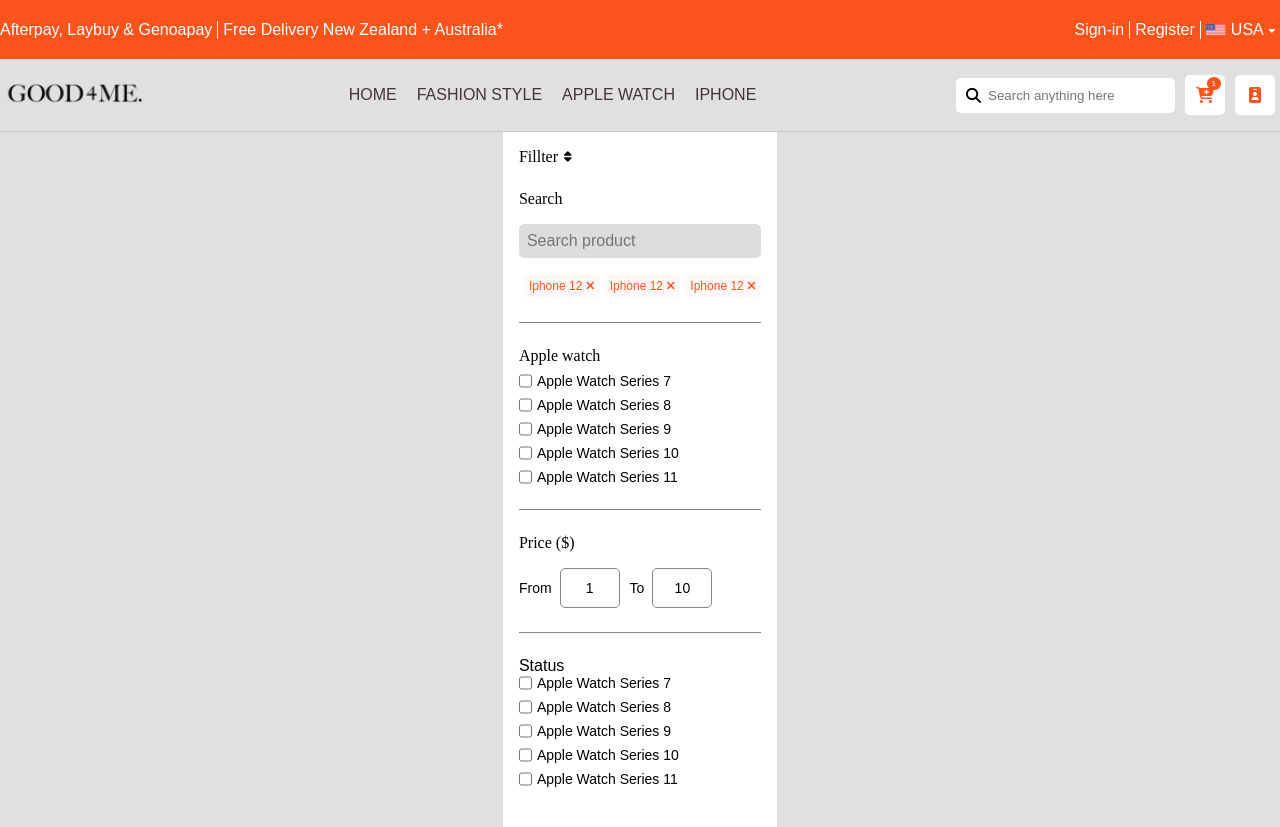
Repository: Ngoc28/Shoppe-web
Page: html/category.html
An editor plug-in stored every save of this project. The page is shown before and after the next save, followed by the edit.
The browser window is 1280 px wide. The pictures show the whole page.
Some web fonts or font styles are not loaded; a fallback is used.

Above is the page before, as saved 2023-08-08 14:39:12.

After the next save:
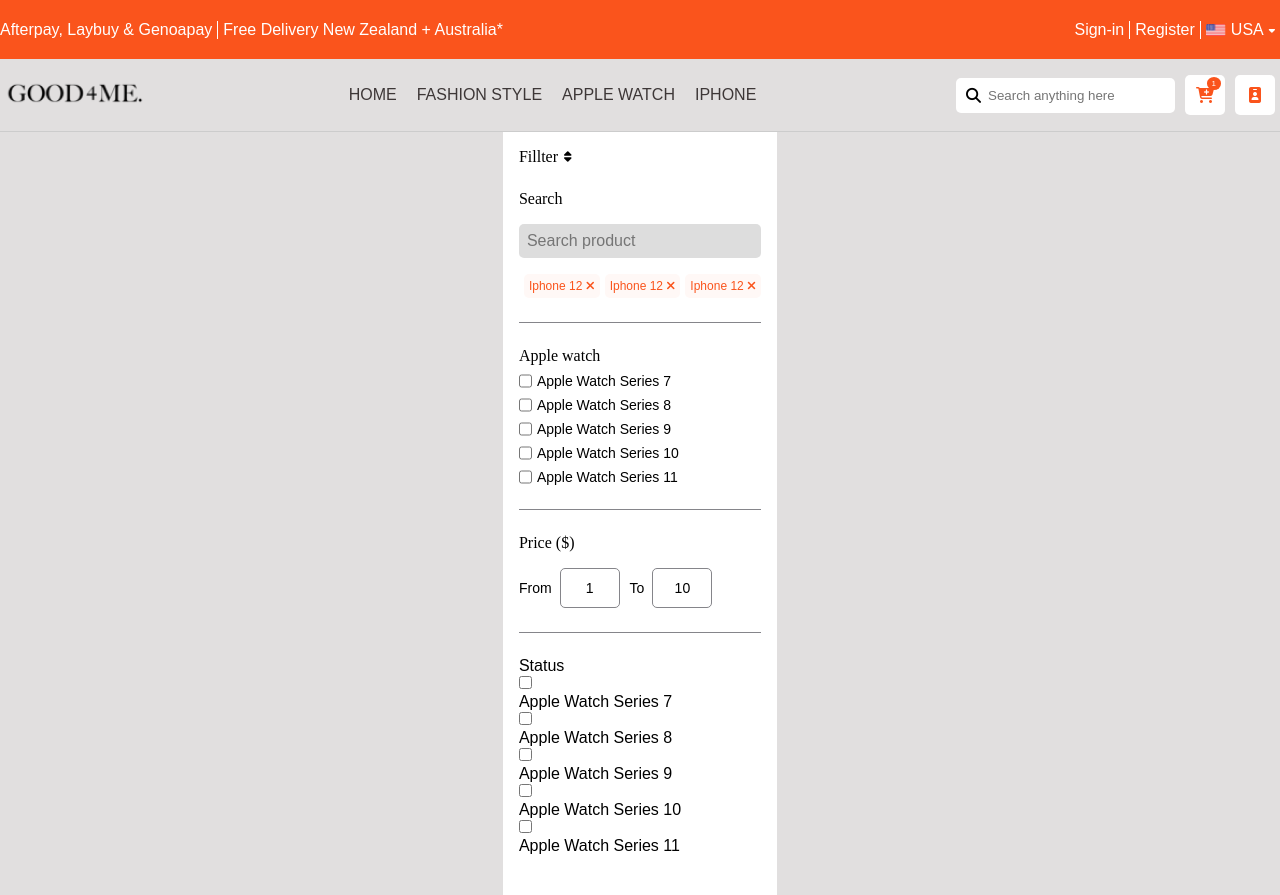
Saved 44 s later.
--- a/html/category.html
+++ b/html/category.html
@@ -143,20 +143,20 @@
 
                 <div class="container-nav-status">
                     <p class="container-nav-status">Status</p>
-                    <div class="container-nav-check">
-                        <div class="container-nav-check-item">
+                    <div class="container-nav-status-check">
+                        <div class="container-nav-status-item">
                             <input type="checkbox"><p>Apple Watch Series 7</p>
                         </div>
-                        <div class="container-nav-check-item">
+                        <div class="container-nav-status-item">
                             <input type="checkbox"><p>Apple Watch Series 8</p>
                         </div>
-                        <div class="container-nav-check-item">
+                        <div class="container-nav-status-item">
                             <input type="checkbox"><p>Apple Watch Series 9</p>
                         </div>
-                        <div class="container-nav-check-item">
+                        <div class="container-nav-status-item">
                             <input type="checkbox"><p>Apple Watch Series 10</p>
                         </div>
-                        <div class="container-nav-check-item">
+                        <div class="container-nav-status-item">
                             <input type="checkbox"><p>Apple Watch Series 11</p>
                         </div>
                     </div>
